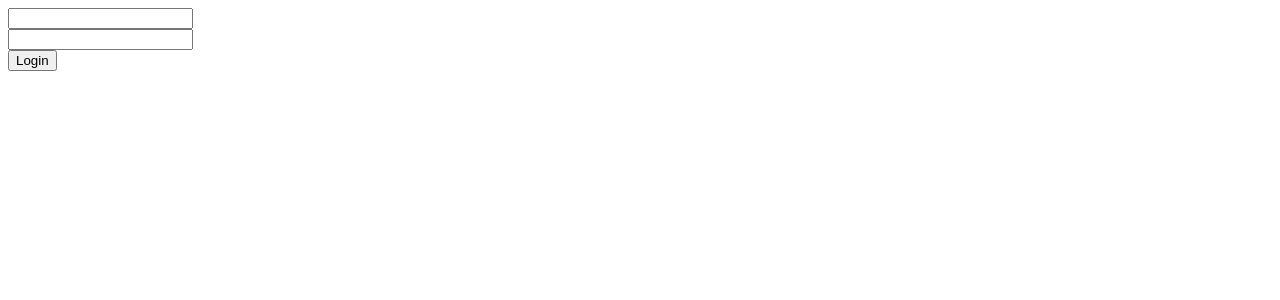
Repository: hunggtham/First-Jsp-and-Servlet-Project
Page: http://localhost/7DemoMVC2/LoginForward
These files come from the project's save history. The page is drawn as it stood at one moment and after the next save; the edit follows.
The browser window is 1280 px wide. The pictures show the whole page.
The page is served by Tomcat 9. Other server files are loaded and not shown.

Above is the page before, as saved 2022-08-14 14:29:05.

### 7DemoMVC2/src/main/webapp/WEB-INF/View/Login.jsp
<%@ page language="java" contentType="text/html; charset=UTF-8"
	pageEncoding="UTF-8"%>
<!DOCTYPE html>
<html>
<head>
<meta charset="UTF-8">
<title>Login Page</title>
</head>
<body>
	<form action="LoginController" method="POST">

		<input type="text" name="username" /> <br />
		<input type="password"
			name="password" /> <br /> <input type="submit" value="Login" /> <br/>

	</form>
</body>
</html>

### 7DemoMVC2/src/main/java/controller/LoginForward.java
package controller;

import java.io.IOException;

import javax.servlet.RequestDispatcher;
import javax.servlet.ServletException;
import javax.servlet.annotation.WebServlet;
import javax.servlet.http.HttpServlet;
import javax.servlet.http.HttpServletRequest;
import javax.servlet.http.HttpServletResponse;

@WebServlet("/LoginForward")
public class LoginForward extends HttpServlet {
	private static final long serialVersionUID = 1L;

	public LoginForward() {
		super();
		// TODO Auto-generated constructor stub
	}

	protected void doGet(HttpServletRequest request, HttpServletResponse response)
			throws ServletException, IOException {

		RequestDispatcher rd = request.getRequestDispatcher("/WEB-INF/View/Login.jsp");

		rd.forward(request, response);

	}

	protected void doPost(HttpServletRequest request, HttpServletResponse response)
			throws ServletException, IOException {
		// TODO Auto-generated method stub
		doGet(request, response);
	}

}

After the next save:
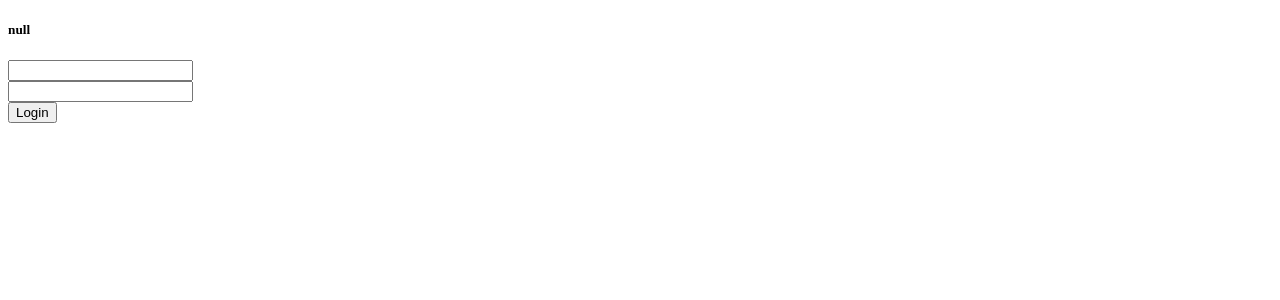
Saved 34 s later.
--- a/7DemoMVC2/src/main/webapp/WEB-INF/View/Login.jsp
+++ b/7DemoMVC2/src/main/webapp/WEB-INF/View/Login.jsp
@@ -7,11 +7,11 @@
 <title>Login Page</title>
 </head>
 <body>
+	<h5><%=request.getAttribute("message2")%></h5>
 	<form action="LoginController" method="POST">
 
-		<input type="text" name="username" /> <br />
-		<input type="password"
-			name="password" /> <br /> <input type="submit" value="Login" /> <br/>
+		<input type="text" name="username" /> <br /> <input type="password"
+			name="password" /> <br /> <input type="submit" value="Login" /> <br />
 
 	</form>
 </body>
